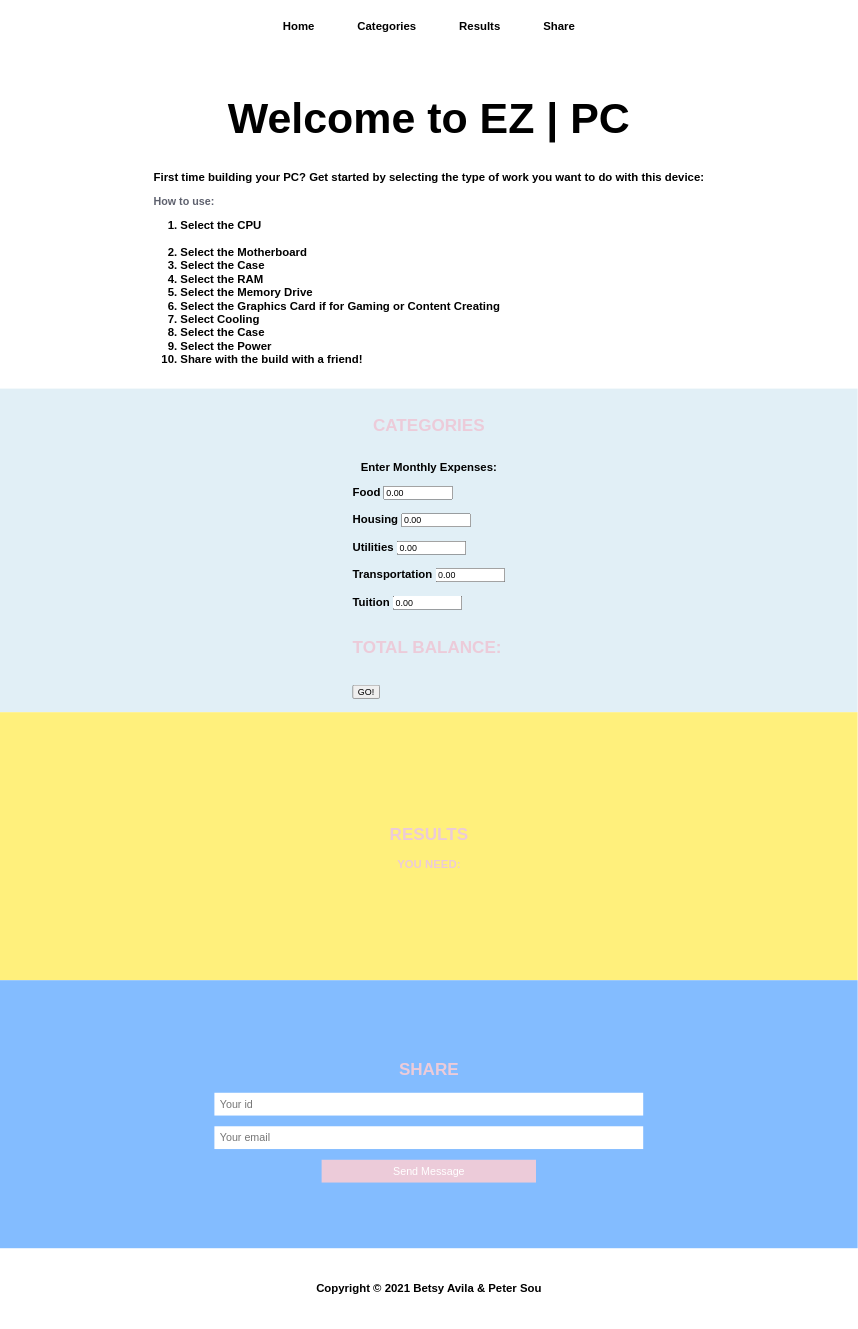
Repository: Peter-Sou/CSE-111-Project-1
Page: http://localhost/
These files come from the project's save history. The page is drawn as it stood at one moment and after the next save; the edit follows.
The browser window is 1280 px wide. The pictures show the whole page, at 67% of full size.
Some web fonts or font styles are not loaded; a fallback is used. The page is served by the project's application, run on Django 3.2 (manage.py). Other server files are loaded and not shown.

Above is the page before, as saved 2021-12-07 18:36:25.

### ezPC/EZPCAPP/templates/EZPCAPP/hi.html
{% load static %}
<!DOCTYPE html>
<html lang="en">
<head>
    <meta charset="UTF-8">
    <title>EZ | PC </title>
    <link rel="preconnect" href="https://fonts.gstatic.com">
    <link href="https://fonts.googleapis.com/css2?family=Josefin+Sans:wght@300&display=swap" rel="stylesheet">
    <!--Resposive meta tag to make this webpage page looking good on mobile browser-->
    <meta id="viewport" content="width=device-width, initial-scale=1.0">

    <link rel="shortcut icon" type="image/png" href="assets/favicon.png" />
    <!--Include styles.css file to this webpage-->
    <link rel="stylesheet" href ="{%static 'css/main.css' %}">
    <!--Include script.js file to this webpage-->
    {% comment %} <script type="module" src="script.js"></script> {% endcomment %}
</head>
<body>
    <nav>
		<a href = "#header">Home</a>
		<a href = '#Categories'>Categories</a>
		<a  href = '#Results'>Results</a>
		<a href = "#Share">Share</a>
    </nav>
    <header id = 'header'>
        <div>
            <h1>Welcome to EZ | PC</h1>
            <p>First time building your PC? Get started by selecting the type of work you want to do with this device: </p>
            <h3>How to use:</h3>
            <ol>
                <li>Select the CPU</li>
                <br>
                <li>Select the Motherboard</li>
                <li>Select the Case</li>
                <li>Select the RAM</li>
                <li>Select the Memory Drive</li>
                <li>Select the Graphics Card if for Gaming or Content Creating</li>
                <li>Select Cooling</li>
                <li>Select the Case</li>
                <li>Select the Power</li>
                <li>Share with the build with a friend!</li>
                </ol>
        </div>
        {% comment %} <img src="assets/profile_professional.jpg"> {% endcomment %}
	</header>
    <section id = 'Categories'>
	    <h2>Categories</h2>
		<p><strong>Enter Monthly Expenses:</strong> </p>

		<form>
		    <div>
			    <label for = "food">Food</label>
				<input type="number" id= "Food" min="0.00" step="0.01" max="30000" value="0.00" />
			</div>
			<br>
			<div>
			    <label for = "Housing">Housing</label>
				<input type="number" id="Housing" min="0.00" step="0.01" max="30000" value="0.00" />
			</div>
			<br>
			<div>
			    <label for = "Utilities">Utilities</label>
				<input type="number" id= "Utilities" min="0.00" step="0.01" max="30000" value="0.00" />
			</div>
			<br>
			<div>
			    <label for = "Transportation">Transportation</label>
				<input type="number" id= "Transportation" min="0.00" step="0.01" max="30000" value="0.00" />
			</div>
			<br>
			<div>
			    <label for = "Tuition">Tuition</label>
				<input type="number" id = "Tuition" min="0.00" step="0.01" max="30000" value="0.00" />
			</div>
			<br>
			<div>
			    <h2>Total Balance: </h2>
				<h2 id = "total"></h2>
            </div>
			<br>
            <button onclick = "CalcSum()">GO!</button>
		</form>

		</section>
		<section id = 'Results'>
			<div>
				<h2>Results</h2>
				<p id = "total">You need: </p>
			</div>
		</section>
		<section id = 'Share'>
			<h2>Share</h2>
			<form action = '/survey/checkout' method = 'post' enctype= "multipart/form-data">
				<input type="id" placeholder='Your id' required>
				<input type="email" placeholder='Your email' required>
				<button>Send Message</button>
				<input type='hidden' id='redirecturl' value='thankyou.html'>
				<input type='hidden' id='survey' value='Share'>
			</form>
		</section>

		<main></main>
		<footer id = "foot">
			<div>Copyright © 2021 Betsy Avila & Peter Sou</div>
		</footer>
	</body>

</html>

### ezPC/EZPCAPP/views.py
from django.shortcuts import render
from django.http import HttpResponse
def hi(request):
    return render(request,'EZPCAPP/hi.html')

### ezPC/ezPC/urls.py
"""ezPC URL Configuration

The `urlpatterns` list routes URLs to views. For more information please see:
    https://docs.djangoproject.com/en/3.2/topics/http/urls/
Examples:
Function views
    1. Add an import:  from my_app import views
    2. Add a URL to urlpatterns:  path('', views.home, name='home')
Class-based views
    1. Add an import:  from other_app.views import Home
    2. Add a URL to urlpatterns:  path('', Home.as_view(), name='home')
Including another URLconf
    1. Import the include() function: from django.urls import include, path
    2. Add a URL to urlpatterns:  path('blog/', include('blog.urls'))
"""
from django.contrib import admin
from django.urls import path, include


urlpatterns = [
    path('admin/', admin.site.urls),
    path('', include('EZPCAPP.urls'))
]

### ezPC/EZPCAPP/urls.py

from django.urls import path
from . import views

urlpatterns = [
    path('', views.hi, name="home-page"),
]

### ezPC/EZPCAPP/static/css/main.css
*{
	box-sizing: border-box;
}
html{
	scroll-behavior: smooth;
}

body {
	display:flex;
	flex-direction: column;
	align-items:center;
	justify-content:space-between;

	margin:0;
	padding:0;
	min-height:100vh;

	font-family: 'Josefin Sans', sans-serif;/*link href in the head tag*/
	font-size: 17px;
	font-weight:bold;
}

body > * {
	display: flex;
	align-items: center;
	justify-content:center;

}
nav{
	color: black;
	background-color: white;
	height:80px;
	width: 100%;

	max-width:500px;
	justify-content: space-around;
	flex-wrap: wrap;

	position: sticky;
	top:0;
}
/*select all a elements/tags in nav*/
nav a{
	text-decoration: none;
	color: black;
	margin: 0 12px;

}
nav > a{
	margin: 0 10px;
	color: black;
}

a: hover{
	color:#80ffe8;
}

header {
	color:black;
	background-color: white;
	height:500px;
	width:100%;
}
header h1 {
	font-size: 64px;
	text-align: center;
}

header h2 {
	font-size: 40px;
	margin: 0;
	color: #eccbd9;
	/* Make all of the characters to uppercase*/
	text-transform: uppercase;
}

header h3 {
	font-size: 16px;
	margin: 0;
	color: #5E616E;
	text-align:left;
}

header img {
	max-width: 100%;
	height: auto;
	background-color: #fff;
	border-radius: 100%;
	margin-left: 40px;
}

#Categories{
	color:black;
	background-color:#E1EFF6;
	min-height:400px;
	width:100%;
	padding: 20px 0;
	flex-direction: column;

}

#Categories h2{
	color: #eccbd9;
	text-transform:uppercase;
}

#Results{

	color:black;
	background-color:#fff07c;
	min-height:400px;
	width:100%;
	padding: 20px 0;


	display: flex;
	align-items: center;
	justify-content: center;

}
#Results{
	color: #eccbd9;
	text-transform:uppercase;
}

#Results > div{
	max-width:auto;
	width:100%;
	/* padding: top right bottom left */
	padding: 16px 40px 16px 40px;

	/*a in rgba is the alpha channel that specifies the opacity for a color
	background-color: rgba(0, 0, 0, 0.4);*/
	margin:20px 0;
	/* Define the text color in this div box*/
	text-align: center;

}

#Share{
	color:black;
	background-color:#83bcff;
	min-height:400px;
	padding: 20px 0;
	width:100%;
	flex-direction: column; /*keeps the text in the  middle of the colored square*/
}

#Share h2{
	color: #eccbd9;
	text-transform: uppercase;
}

#Share form{
	max-width:640px;
	width:100%;
	display:flex;
	flex-direction: column;
	align-items:center;
}

#Share form >*{
	font-family: 'Josefin Sans', sans-serif;
}

#Share input{
	width:100%;
	font-size: 16px;
	padding: 8px;
	border: none;
	margin-bottom: 16px;

}

#Share textarea{
	width:100%;
	font-size: 16px;
	padding: 8px;
	border: none;
	margin-bottom: 16px;
	height: 120px;
	resize: none;
}

#Share button{
	width: 50%;
	background-color: #eccbd9;
	color:white;
	padding: 8px 16px;
	font-size: 16px;
	border:none;
	cursor:pointer;

}

footer {
	height: 120px;
	display: flex;
	flex-direction: column;
	align-items: center;
	justify-content: center;

}

footer .links{
	display:flex;
	align-items:center;
	justify-content: space-evenly;
	width:120px;
	margin-bottom:8px;

}

footer .links img{
	max-width:100%;
	height:auto;
}

After the next save:
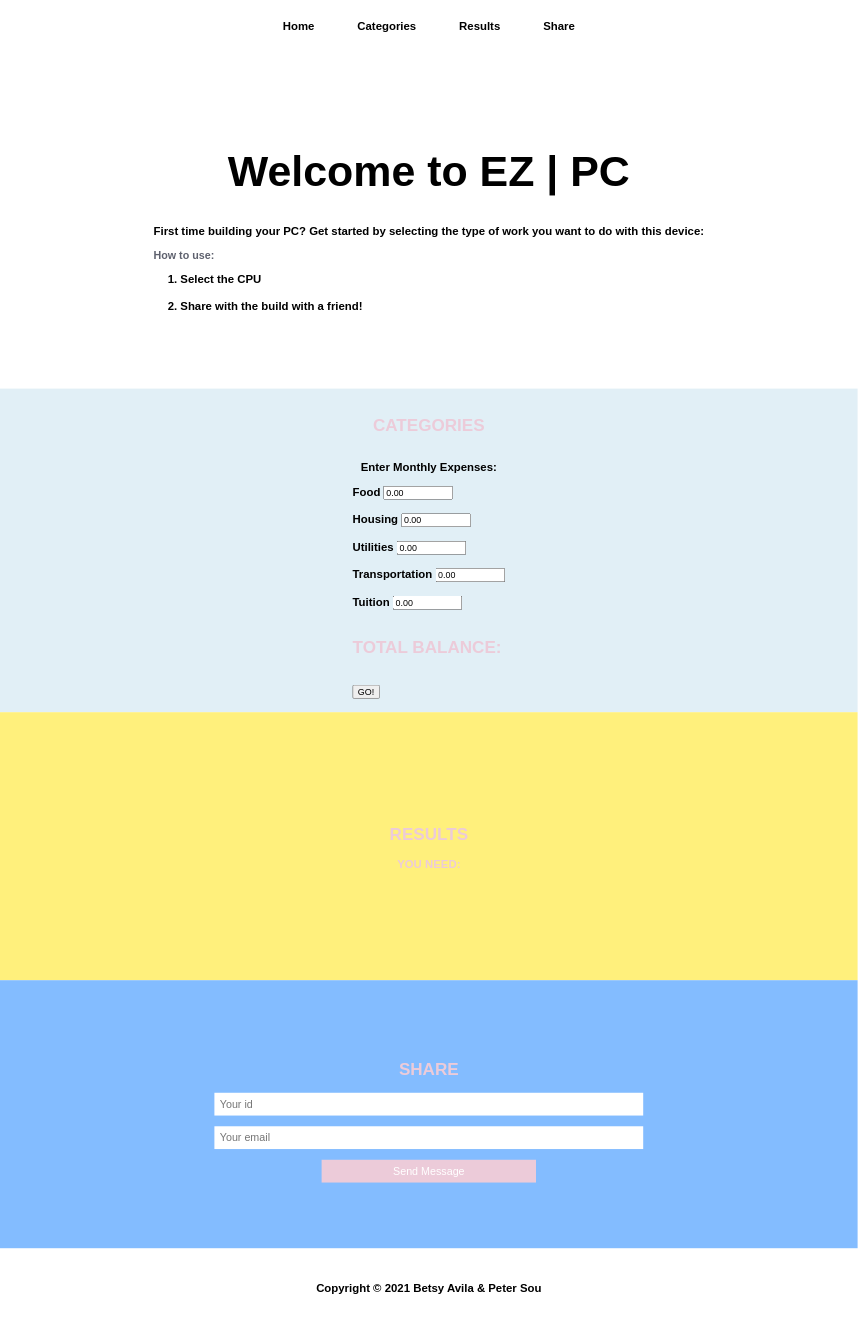
Saved 19 s later.
--- a/ezPC/EZPCAPP/templates/EZPCAPP/hi.html
+++ b/ezPC/EZPCAPP/templates/EZPCAPP/hi.html
@@ -30,14 +30,14 @@
             <ol>
                 <li>Select the CPU</li>
                 <br>
-                <li>Select the Motherboard</li>
+                {% comment %} <li>Select the Motherboard</li>
                 <li>Select the Case</li>
                 <li>Select the RAM</li>
                 <li>Select the Memory Drive</li>
                 <li>Select the Graphics Card if for Gaming or Content Creating</li>
                 <li>Select Cooling</li>
                 <li>Select the Case</li>
-                <li>Select the Power</li>
+                <li>Select the Power</li> {% endcomment %}
                 <li>Share with the build with a friend!</li>
                 </ol>
         </div>
